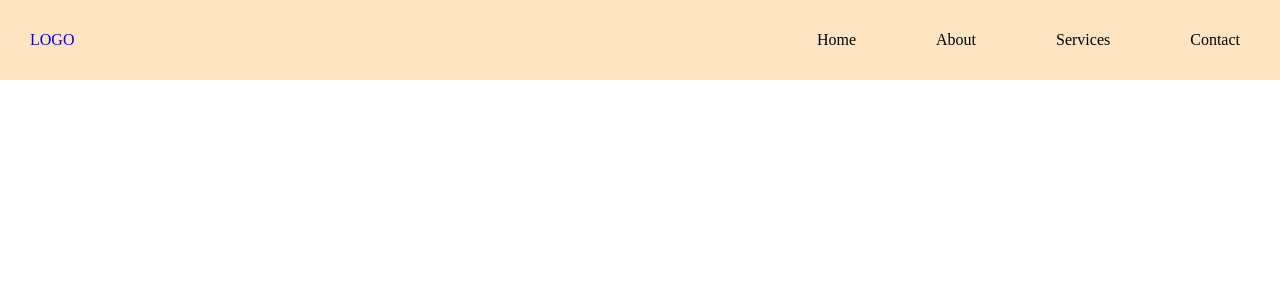
Repository: chanchalsaini/React-WUI
Page: /
These files come from the project's save history. The page is drawn as it stood at one moment and after the next save; the edit follows.
The browser window is 1280 px wide. The pictures show the whole page.
The project was rebuilt for these pictures with package versions that can differ from the ones it lists, and the page was loaded fresh each time.

Above is the page before, as saved 2020-09-21 21:56:46.

After the next save:
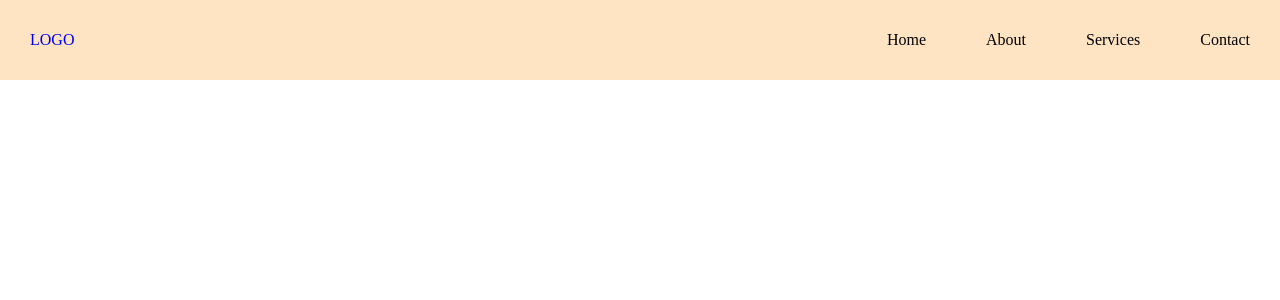
Saved 8 s later.
--- a/src/App.css
+++ b/src/App.css
@@ -22,5 +22,5 @@ header {
 .link {
   text-decoration: none;
   color: black;
-  margin: 0px 40px;
+  margin: 0px 30px;
 }
